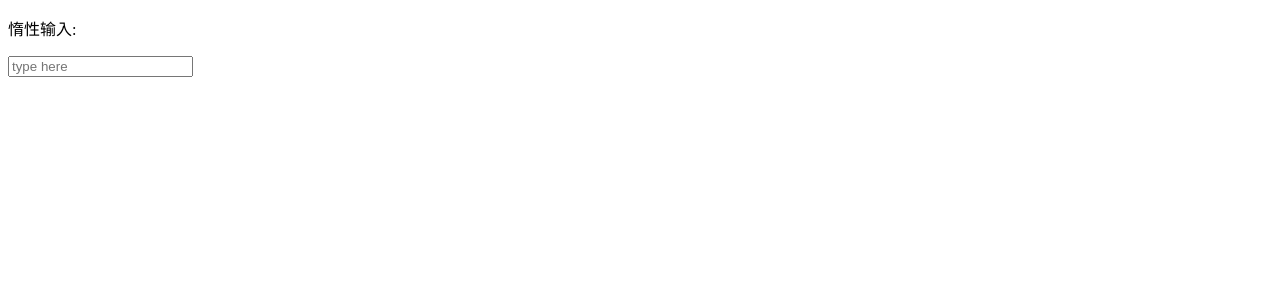
Repository: LavriaNeptune/vue-playground
Page: essentials/form-input-bindings/modifiers-for-input.html
The author's editor kept a copy of each file at every save. The page is drawn from the files as they stood at one save, then again after the next save.
The browser window is 1280 px wide. The pictures show the whole page.

Above is the page before, as saved 2022-08-20 05:44:45.

After the next save:
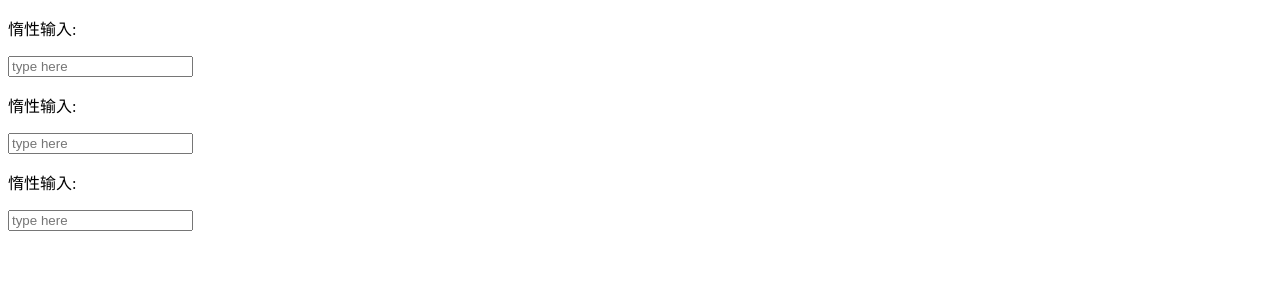
Saved 6 s later.
--- a/essentials/form-input-bindings/modifiers-for-input.html
+++ b/essentials/form-input-bindings/modifiers-for-input.html
@@ -7,6 +7,10 @@
   </head>
   <body>
     <div id="app">
+      <p>惰性输入:{{message}}</p>
+      <input type="text" v-model="message" placeholder="type here" />
+      <p>惰性输入:{{message}}</p>
+      <input type="text" v-model="message" placeholder="type here" />
       <p>惰性输入:{{message}}</p>
       <input type="text" v-model="message" placeholder="type here" />
     </div>
